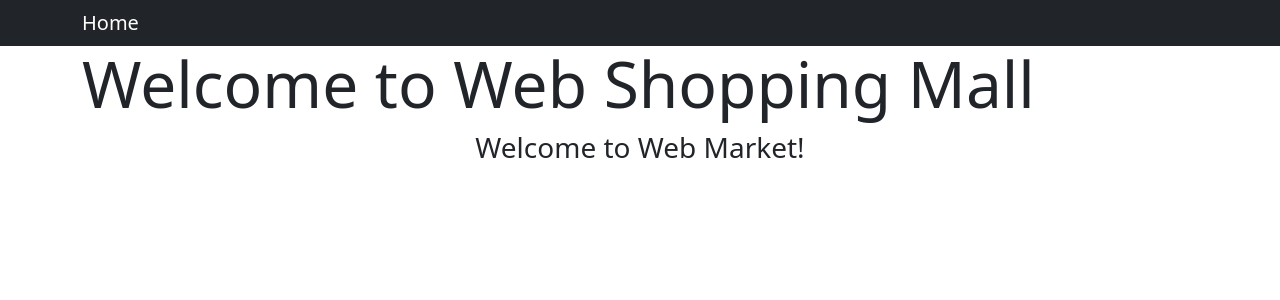
Repository: ekslffh/jsp-project
Page: http://localhost/WebMarket/welcome.jsp
An editor plug-in stored every save of this project. The page is shown before and after the next save, followed by the edit.
The browser window is 1280 px wide. The pictures show the whole page.
The page is served by Tomcat 9.

Above is the page before, as saved 2022-06-30 16:35:38.

After the next save:
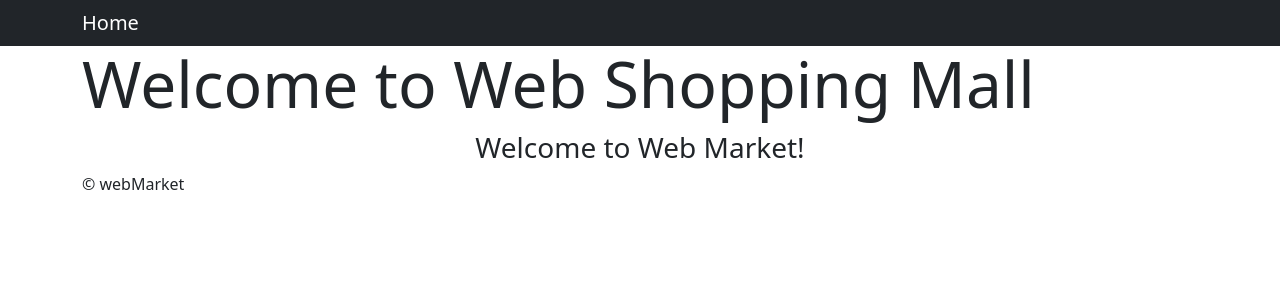
Saved 71 s later.
--- a/WebMarket/src/main/webapp/welcome.jsp
+++ b/WebMarket/src/main/webapp/welcome.jsp
@@ -29,5 +29,8 @@
 			</h3>
 		</div>
 	</div>
+	<footer class = "container">
+		<p>&copy; webMarket</p>
+	</footer>
 </body>
 </html>
